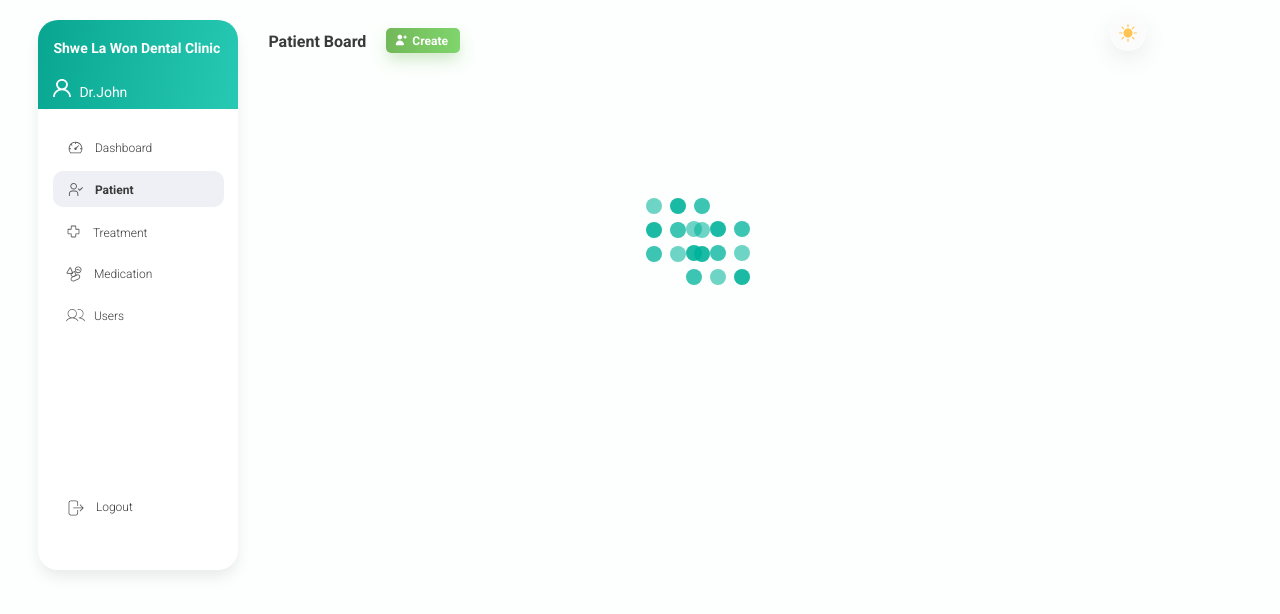
Repository: mrkaskar/frontendpatientrecord_typescript
Page: /patient
An editor plug-in stored every save of this project. The page is shown before and after a run of saves, followed by the edit.
The browser window is 1280 px wide. The pictures show the whole page.
The page's requests for data from a server got no answer. The project was rebuilt for these pictures with package versions that can differ from the ones it lists, and the page was loaded fresh each time. No one was signed in, and anything a server would have sent is missing. Also part of the build but not shown: src/components/checkbox/styles/index.css, src/components/checkbox/main.tsx, src/components/dropdown/styles/index.css, src/components/dropdown/main.tsx, src/components/iconbutton/styles/index.css, src/components/iconbutton/main.tsx, src/components/table/styles/index.css, src/components/table/main.tsx and 36 more.

Above is the page before, as saved 2021-12-26 21:29:41.

### src/index.tsx
import React from 'react';
import ReactDOM from 'react-dom';
import './index.css';
import { QueryClient, QueryClientProvider } from 'react-query';
import App from './App';
import ThemeProvider from './components/global/context/ThemeProvider';

const queryClient = new QueryClient();

ReactDOM.render(
  <ThemeProvider>
    <QueryClientProvider client={queryClient}>
      <App />
    </QueryClientProvider>
  </ThemeProvider>,
  document.getElementById('root'),
);

### src/index.css
body {
  margin: 0;
  font-family: -apple-system, BlinkMacSystemFont, 'Segoe UI', 'Roboto', 'Oxygen',
    'Ubuntu', 'Cantarell', 'Fira Sans', 'Droid Sans', 'Helvetica Neue',
    sans-serif;
  -webkit-font-smoothing: antialiased;
  -moz-osx-font-smoothing: grayscale;
}
body,
html {
  margin: 0;
  padding: 0;
}
* {
  box-sizing: border-box;
}
code {
  font-family: source-code-pro, Menlo, Monaco, Consolas, 'Courier New',
    monospace;
}

### src/App.tsx
import React, { useContext } from 'react';
import './App.css';
import {
  BrowserRouter as Router,
  Switch,
  Route,
} from 'react-router-dom';
import Colors from './components/global/themes/colors';
import { Toggler, Navbar } from './components';
import { ThemeContext } from './components/global/context/ThemeProvider';
import Dashboard from './screens/large/Dashboard';
import Patient from './screens/large/Patient';
import Medication from './screens/large/Medication';
import Treatment from './screens/large/Treatment';
import Users from './screens/large/Users';

function App():JSX.Element {
  const { theme } = useContext(ThemeContext);
  return (
    <div
      className="App"
      style={{
        backgroundColor: Colors.background[theme],
      }}
    >
      <Router>
        <div id="space">
          <div id="nav-space">
            <Navbar />
          </div>
          <div id="body-space">
            <span id="toggler">
              <Toggler />
            </span>
            <Switch>
              <Route path="/" exact component={Dashboard} />
              <Route path="/patient" exact component={Patient} />
              <Route path="/medication" exact component={Medication} />
              <Route path="/treatment" exact component={Treatment} />
              <Route path="/users" exact component={Users} />
            </Switch>
          </div>
        </div>
      </Router>
    </div>

  );
}

export default App;

### src/components/global/context/ThemeProvider.tsx
import React, { createContext } from 'react';

type Theme = 'light' | 'dark';

export interface IThemeContext {
  theme: Theme;
  toggleTheme: () => null
}
export const ThemeContext = createContext<IThemeContext>({
  theme: 'light',
  toggleTheme: () => null,
});

function ThemeProvider({ children }:{children: JSX.Element}):JSX.Element {
  const [theme, setTheme] = React.useState<Theme>('light');
  let toggleTheme = ():null => {
    setTheme((prevTheme) => (prevTheme === 'light' ? 'dark' : 'light'));
    return null;
  };
  toggleTheme = React.useCallback(toggleTheme, []);

  return (
    <ThemeContext.Provider
      value={{ theme, toggleTheme }}
    >
      {children}
    </ThemeContext.Provider>
  );
}

export default ThemeProvider;

### src/App.css
@import url('https://fonts.googleapis.com/css2?family=Roboto&display=swap');
@import url('https://fonts.googleapis.com/css2?family=Roboto:wght@100;300;400;700&display=swap');
body {
  font-family: 'Roboto', sans-serif;
}

.App {
  transition: 0.3s;
  padding-left: 3%;
  height: 100vh;
  overflow: auto;
}

#space {
  display: flex;
  padding-top: 20px;
}

#body-space {
  position: relative;
  padding-left: 30px;
  padding-top: 0px;
}
#toggler {
  position: absolute;
  right: 0;
  top: -20px;
}

.board-title {
  font-weight: bold;
  display: inline-block;
  margin-top: 8px;
}
#patient-create:hover {
  cursor: pointer;
}
select {
  font-size: 12px;
  height: 24px;
  margin-top: 10px;
  padding: 3px 5px 3px 5px;
  border-radius: 5px;
  border: none;
}

select:focus {
  outline: none;
}

### src/components/global/themes/colors/index.ts
export default {
  background: {
    light: '#FCFFFD',
    dark: '#222626',
  },
  inputback: {
    light: '#F3F3F3',
    dark: '#414141',
  },
  level1: {
    light: '#FFFFFF',
    dark: '#2C2D31',
  },
  text: {
    light: '#3A3A3A',
    dark: '#FFFFFF',
  },
  lightText: {
    light: '#595959',
    dark: '#FFFFFF',
  },
};

### src/components/index.ts
export { default as Checkbox } from './checkbox';
export { default as Dropdown } from './dropdown';
export { default as Table } from './table';
export { default as Toggler } from './global/themes';
export { default as TextBox } from './textbox';
export { default as Modal } from './modal';
export { default as Image } from './imageupload';
export { default as Navbar } from './navbar';
export { default as Dashcard } from './dashcard';
export { default as Button } from './button';
export { default as Loader } from './loading';

### src/screens/large/Patient.tsx
import React, { ReactElement } from 'react';
import { ThemeContext } from '../../components/global/context/ThemeProvider';
import colors from '../../components/global/themes/colors';
import { ReactComponent as Add } from '../../assets/addpatient.svg';
import './Patient.css';
import PatientTable from '../../modules/patient/components/PatientTable';
import CreateModal from '../../modules/patient/components/CreateModal';

function Patient():ReactElement {
  const { theme } = React.useContext(ThemeContext);
  const [modal, setModal] = React.useState(false);
  return (
    <div>
      {modal && <CreateModal modal={modal} setModal={setModal} />}
      <span
        className="board-title"
        style={{
          color: colors.text[theme],
        }}
      >
        Patient Board
        <span
          aria-hidden="true"
          onClick={() => setModal(true)}
          id="patient-create"
          style={{
            display: 'inline-block',
            background: 'linear-gradient(90deg, #73B85A 0%, #87E777 165%)',
            boxShadow: '0px 8px 16px -2px rgba(116, 186, 92, 0.35)',
            borderRadius: '5px',
            boxSizing: 'border-box',
            paddingLeft: '8px',
            width: '74px',
            height: '25px',
            color: 'white',
            paddingTop: '4px',
            position: 'relative',
            marginLeft: '20px',
          }}
        >
          <Add />
          <span style={{
            fontSize: '12px',
            position: 'absolute',
            top: '6px',
            left: '26px',
          }}
          >
            Create
          </span>
        </span>
      </span>

      <div id="patient-board-body">
        <PatientTable />
      </div>
    </div>
  );
}

export default Patient;

### src/modules/patient/components/PatientTable.tsx
import React, { ReactElement } from 'react';
import { useMutation, useQuery, useQueryClient } from 'react-query';
import { Loader, Table } from '../../../components';
import DetailModal from './DetailModal';
import { deletePatient, getAllPatient } from '../api/apiFunctions';
import CreateModal from './CreateModal';
import DeleteModal from '../../global/DeleteModal';

function PatientTable():ReactElement {
  const [detailModal, setDetailModal] = React.useState(false);
  const [editModal, setEditModal] = React.useState(false);
  const [deleteModal, setDeleteModal] = React.useState(false);
  const allpatient = useQuery('patients', getAllPatient);
  const [detailid, setDetailid] = React.useState('initial');
  const [data, setData] = React.useState<{headers:string[], body:string[][]}>({
    headers: ['Registration', 'Name', 'Phone', 'Age', 'Address', 'Actions'],
    body: [[]],
  });
  const [chosen, setChosen] = React.useState<
  {
    id: string
    folderId: string
    reg: string
    name: string
    phone: string
    age: string
    address: string
    total: number
    date: string
    takenTreatment: {id: string, tname: string, cost: number}[]
    medicine: {id: string, mname: string, munit: number, cost: number, stock: string}[]
    medCount: number[]
    images: string[]
  }
  >();
  React.useEffect(() => {
    if (allpatient.data) {
      const patients:string[][] = [];
      allpatient.data.forEach((patient) => {
        patients.push([
          patient.reg,
          patient.name,
          patient.phone,
          patient.age,
          patient.address,
          'actions',
          patient.id,
        ]);
      });
      setData({ ...data, body: patients });
    }
  // eslint-disable-next-line react-hooks/exhaustive-deps
  }, [allpatient.data, detailid]);

  React.useEffect(() => {
    if (detailid.length >= 10 && data.body.length > 0 && allpatient.data) {
      const patient = allpatient.data.find((e) => e.id === detailid);
      if (patient) {
        const { treatment } = patient;
        const chosenP = {
          id: patient.id,
          folderId: patient.folderId,
          reg: patient.reg,
          name: patient.name,
          phone: patient.phone,
          age: patient.age,
          address: patient.address,
          total: patient.total,
          date: patient.date,
          // eslint-disable-next-line no-underscore-dangle
          takenTreatment: treatment.map((ee) => ({ id: ee._id, tname: ee.name, cost: +ee.charge })),
          // eslint-disable-next-line max-len
          medicine: patient.medicine.map((ee, index) => ({
          // eslint-disable-next-line no-underscore-dangle
            id: ee._id,
            mname: ee.name,
            munit: patient.medCount[index],
            cost: +ee.price,
            stock: ee.stock,
          })),
          medCount: patient.medCount,
          images: patient.images,
        };
        setChosen(chosenP);
      }
    }
  // eslint-disable-next-line react-hooks/exhaustive-deps
  }, [data.body, detailid]);

  const queryClient = useQueryClient();

  // eslint-disable-next-line max-len
  const deleteP = useMutation((dataid:{id: string, folderId: string}) => deletePatient(dataid), {
    onSuccess: () => {
      setDeleteModal(false);
    },
  });
  const todelete = ():void => {
    if (chosen) {
      setTimeout(() => {
        setData({ ...data, body: data.body.filter((e) => e[6] !== chosen.id) });
      }, 100);
      setTimeout(() => {
        queryClient.removeQueries('patients');
      }, 100);
      deleteP.mutate({ id: chosen.id, folderId: chosen.folderId });
    }
  };
  return (
    <div>

      {
      detailModal && chosen && (
      <DetailModal
        userdata={chosen}
        setDetailModal={setDetailModal}
      />
      )
    }
      {
      editModal && chosen && (
        <CreateModal
          modal={editModal}
          setModal={setEditModal}
          patientdata={chosen}
        />
      )
    }
      {
        // eslint-disable-next-line no-nested-ternary
        deleteModal && !deleteP.isLoading ? (
          <DeleteModal
            setDeleteModal={setDeleteModal}
            confirm={todelete}
          />
        ) : 1 < 2
          ? (
            <div
              style={{
                height: '400px',
                display: 'flex',
                justifyContent: 'center',
                alignItems: 'center',
                position: 'absolute',
                left: '400px',
                top: '10px',
              }}
            >
              <Loader />
            </div>
          )
          : null
      }
      <div style={{ width: '900px' }}>
        {
      allpatient.isLoading
        ? (
          <div
            style={{
              height: '400px',
              display: 'flex',
              justifyContent: 'center',
              alignItems: 'center',
            }}
          >
            <Loader />
          </div>
        )
        : (
          <Table
            setDetailModal={setDetailModal}
            setEditModal={setEditModal}
            setDeleteModal={setDeleteModal}
            setDetailid={setDetailid}
            data={data}

          />
        )
    }
      </div>
    </div>
  );
}

export default PatientTable;

### src/components/global/themes/main.tsx
import React, { CSSProperties } from 'react';
import { ThemeContext } from '../context/ThemeProvider';
import { ReactComponent as Moon } from './assets/moon.svg';
import { ReactComponent as Sun } from './assets/sun.svg';

function Toggler():JSX.Element {
  const { theme, toggleTheme } = React.useContext(ThemeContext);

  const styles :CSSProperties = {
    width: 80,
    height: 80,
    display: 'flex',
    justifyContent: 'center',
    alignItems: 'center',
  };
  return (
    <div>
      {
        theme === 'light'
          ? (
            <div style={styles} aria-hidden="true" onClick={toggleTheme}>
              <Sun />
            </div>
          )
          : (
            <div style={styles} aria-hidden="true" onClick={toggleTheme}>
              <Moon />
            </div>
          )
      }
    </div>
  );
}

export default Toggler;

### src/components/navbar/main.tsx
import React, { ReactElement } from 'react';
import { Link, useLocation } from 'react-router-dom';

import Navitem from './nav-item';
import './styles/index.css';
import { ReactComponent as User } from './assets/user.svg';
import { ReactComponent as Home } from './assets/home.svg';
import { ReactComponent as Patient } from './assets/patient.svg';
import { ReactComponent as Treatment } from './assets/treatment.svg';
import { ReactComponent as Medicine } from './assets/medicine.svg';
import { ReactComponent as Users } from './assets/users.svg';
import { ReactComponent as Logout } from './assets/logout.svg';
import colors from '../global/themes/colors';
import { ThemeContext } from '../global/context/ThemeProvider';

const paths = {
  dashboard: '/',
  patient: '/patient',
  treatment: '/treatment',
  medication: '/medication',
  users: '/users',
};
function Navbar():ReactElement {
  const { theme } = React.useContext(ThemeContext);
  const { pathname } = useLocation();
  const {
    dashboard, patient, treatment, medication, users,
  } = paths;
  return (
    <div
      id="nav-wrapper"
      style={{
        backgroundColor: colors.level1[theme],
      }}
    >
      <div id="nav-header">
        <span id="title">
          Shwe La Won Dental Clinic
        </span>
        <span id="usericon">
          <User />
        </span>
        <span id="username">
          Dr.John
        </span>
      </div>
      <div
        id="nav-body"
        style={{
          color: colors.text[theme],
        }}
      >

        <Link to={dashboard}>
          <Navitem
            Icon={Home}
            label="Dashboard"
            active={pathname === dashboard}
            theme={theme}
          />
        </Link>
        <Link to={patient}>
          <Navitem
            Icon={Patient}
            label="Patient"
            theme={theme}
            active={pathname === patient}
          />
        </Link>
        <Link to={treatment}>
          <Navitem
            Icon={Treatment}
            label="Treatment"
            theme={theme}
            active={pathname === treatment}
          />
        </Link>
        <Link to={medication}>
          <Navitem
            Icon={Medicine}
            label="Medication"
            theme={theme}
            active={pathname === medication}
          />
        </Link>
        <Link to={users}>
          <Navitem
            Icon={Users}
            label="Users"
            theme={theme}
            active={pathname === users}
          />
        </Link>
        <div style={{
          height: '150px',
        }}
        />
        <Navitem
          Icon={Logout}
          label="Logout"
          theme={theme}
        />

      </div>
    </div>
  );
}

export default Navbar;

### src/components/loading/main.tsx
import React, { ReactElement } from 'react';
import './styles/index.css';

function Loader():ReactElement {
  return (

    <div className="lds-grid">
      <div />
      <div />
      <div />
      <div />
      <div />
      <div />
      <div />
      <div />
      <div />
    </div>
  );
}

export default Loader;

### src/helpers/api/backend.ts
// const base = 'https://backendpatientapp.herokuapp.com';
const base = 'http://localhost:5000';
export const url = `${base}/api`;

### src/modules/patient/api/apiFunctions.ts
import axios from 'axios';
import { url } from '../../../helpers/api/backend';

export interface IPatient {
  id: string;
  reg: string;
  name: string;
  phone: string;
  age: string;
  address: string;
  folderId: string;
  total: number;
  date: string;
  treatment: {_id: string, name: string, charge: string}[];
  medicine: {_id: string, name: string, price: string, stock: string}[];
  medCount: number[];
  images: string[];
}

export async function getAllPatient(): Promise<IPatient[]> {
  const result = await axios.get(`${url}/patients/get`);
  const { data } = result;

  return data;
}

export interface IUploadPatient {
  name: string;
  phone: string;
  address: string;
  regNum: string;
  age: string;
  total: number;
  treatments: string;
  medicine: string;
  images: string;
  id?:string;
}
export async function createPatient(data:IUploadPatient): Promise<void> {
  try {
    await axios.post(`${url}/patients/add`, data);
  } catch {
    throw new Error();
  }
}

export async function updatePatient(data:IUploadPatient): Promise<void> {
  try {
    await axios.post(`${url}/patients/update`, data);
  } catch {
    throw new Error();
  }
}

export async function deletePatient(data:{id: string, folderId: string}): Promise<void> {
  try {
    await axios.post(`${url}/patients/delete`, data);
  } catch {
    throw new Error();
  }
}

### src/components/navbar/styles/index.css
#nav-wrapper {
  box-shadow: 0px 8px 16px -2px rgba(0, 0, 0, 0.09);
  border-radius: 20px;
  width: 200px;
  height: 550px;
}

#nav-header {
  box-sizing: border-box;
  background: linear-gradient(100.95deg, #09a792 2.81%, #32d5bf 132.37%);
  border-radius: 20px 20px 0px 0px;
  width: 200px;
  height: 89px;
  color: white;
  padding-top: 20px;
  padding-left: 15px;
  font-size: 14px;
  margin-bottom: 20px;
}

#title {
  font-weight: bold;
  display: block;
  margin-bottom: 23px;
}

#username {
  margin-left: 8px;
}

a {
  color: inherit;
  text-decoration: none;
}

### src/components/loading/styles/index.css
.lds-grid {
  display: inline-block;
  position: relative;
  width: 80px;
  height: 80px;
}
.lds-grid div {
  position: absolute;
  width: 16px;
  height: 16px;
  border-radius: 50%;
  background: rgb(0, 179, 155);
  animation: lds-grid 1.2s linear infinite;
}
.lds-grid div:nth-child(1) {
  top: 8px;
  left: 8px;
  animation-delay: 0s;
}
.lds-grid div:nth-child(2) {
  top: 8px;
  left: 32px;
  animation-delay: -0.4s;
}
.lds-grid div:nth-child(3) {
  top: 8px;
  left: 56px;
  animation-delay: -0.8s;
}
.lds-grid div:nth-child(4) {
  top: 32px;
  left: 8px;
  animation-delay: -0.4s;
}
.lds-grid div:nth-child(5) {
  top: 32px;
  left: 32px;
  animation-delay: -0.8s;
}
.lds-grid div:nth-child(6) {
  top: 32px;
  left: 56px;
  animation-delay: -1.2s;
}
.lds-grid div:nth-child(7) {
  top: 56px;
  left: 8px;
  animation-delay: -0.8s;
}
.lds-grid div:nth-child(8) {
  top: 56px;
  left: 32px;
  animation-delay: -1.2s;
}
.lds-grid div:nth-child(9) {
  top: 56px;
  left: 56px;
  animation-delay: -1.6s;
}
@keyframes lds-grid {
  0%,
  100% {
    opacity: 1;
  }
  50% {
    opacity: 0.5;
  }
}

### src/components/navbar/nav-item/main.tsx
import React, { ReactElement } from 'react';
import './styles/index.css';

interface INavItem{
  Icon: React.FunctionComponent<React.SVGProps<SVGSVGElement>>
  label: string
  active?: boolean
  theme: 'dark' | 'light'
}

function Navitem({
  Icon, label, active, theme,
}:INavItem):ReactElement {
  return (
    <div
      className={`nav-item-wrapper ${active ? 'nav-active' : null}`}
      style={{
        // eslint-disable-next-line no-nested-ternary
        backgroundColor: active ? (theme === 'light' ? '#EEF0F6' : '#35363B') : '',

      }}
    >
      <div className={`nav-icon ${label}-icon`}>
        <Icon
          style={{
            filter: `${theme === 'dark' ? 'invert(100%) sepia(0%) saturate(8%) hue-rotate(236deg) brightness(104%) contrast(105%)' : ''}`,
          }}
        />
      </div>
      <div className={`nav-label ${label}`}>
        {label}
      </div>
    </div>
  );
}

Navitem.defaultProps = {
  active: false,
};

export default Navitem;

### src/components/navbar/nav-item/styles/index.css
.nav-item-wrapper {
  box-sizing: border-box;
  padding: 11px 0px 7px 15px;
  height: 36px;
  font-size: 12px;
  width: 171px;
  margin: 0 auto;
  display: flex;
  margin-bottom: 6px;
  font-weight: 300;
}
.nav-item-wrapper:hover {
  cursor: pointer;
}

.nav-active {
  font-weight: bold;
  border-radius: 10px;
}
.nav-label {
  margin-left: 12px;
  display: inline-block;
  height: 15px;
}
.Users {
  margin-top: 1px;
  margin-left: 8px;
}
.Dashboard {
  margin-top: 1px;
}
.Patient {
  margin-top: 1px;
}
.Medication {
  margin-top: 1px;
  margin-left: 10px;
}
.Treatment {
  margin-top: 2px;
}
.Treatment-icon {
  margin-left: -2px;
}
.Medication-icon {
  margin-left: -4px;
  margin-top: -2px;
}
.Users-icon {
  margin-left: -3px;
  margin-top: -3px;
}

Loaded but not shown: public/index.html (common file); src/components/checkbox/index.ts (common file); src/components/dropdown/index.ts (common file); src/components/table/index.ts (common file); src/components/global/themes/index.ts (common file); src/components/textbox/index.ts (common file); src/components/modal/index.ts (common file); src/components/imageupload/index.ts (common file); src/components/navbar/index.ts (common file); src/components/dashcard/index.ts (common file); src/components/button/index.ts (common file); src/components/loading/index.ts (common file); src/components/navbar/nav-item/index.ts (common file)

After the next 2 saves:
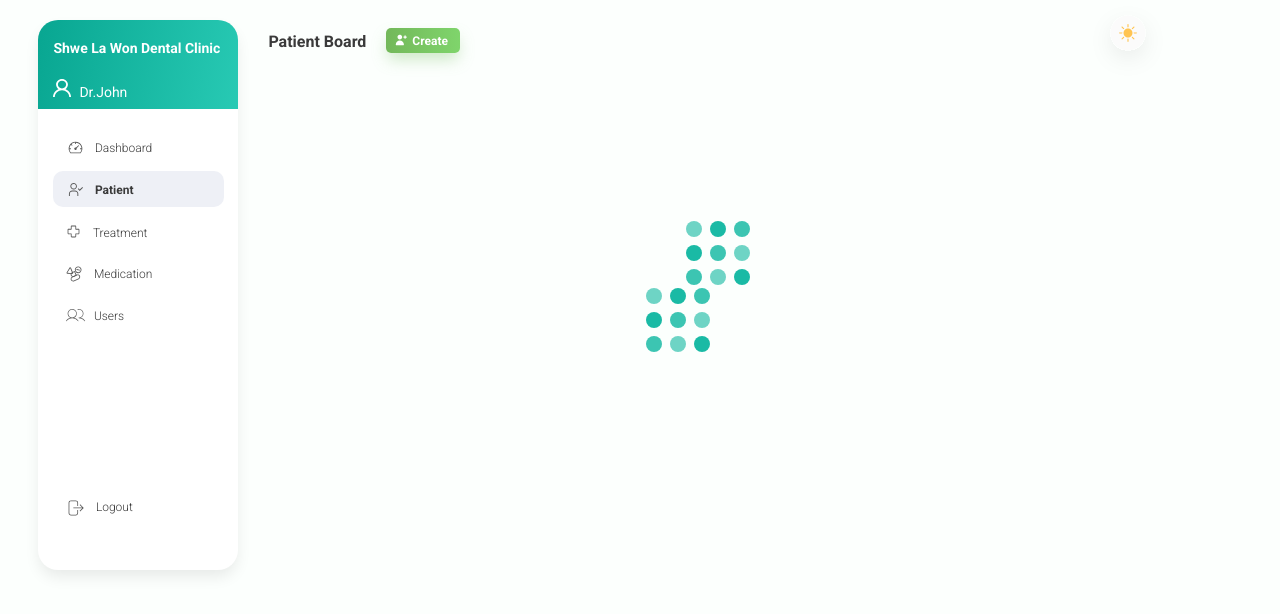
The 2 saves are shown as one change because they came seconds apart.
The last was saved 15 s later.
--- a/src/modules/patient/components/PatientTable.tsx
+++ b/src/modules/patient/components/PatientTable.tsx
@@ -143,7 +143,7 @@ function PatientTable():ReactElement {
                 alignItems: 'center',
                 position: 'absolute',
                 left: '400px',
-                top: '10px',
+                top: '100px',
               }}
             >
               <Loader />
